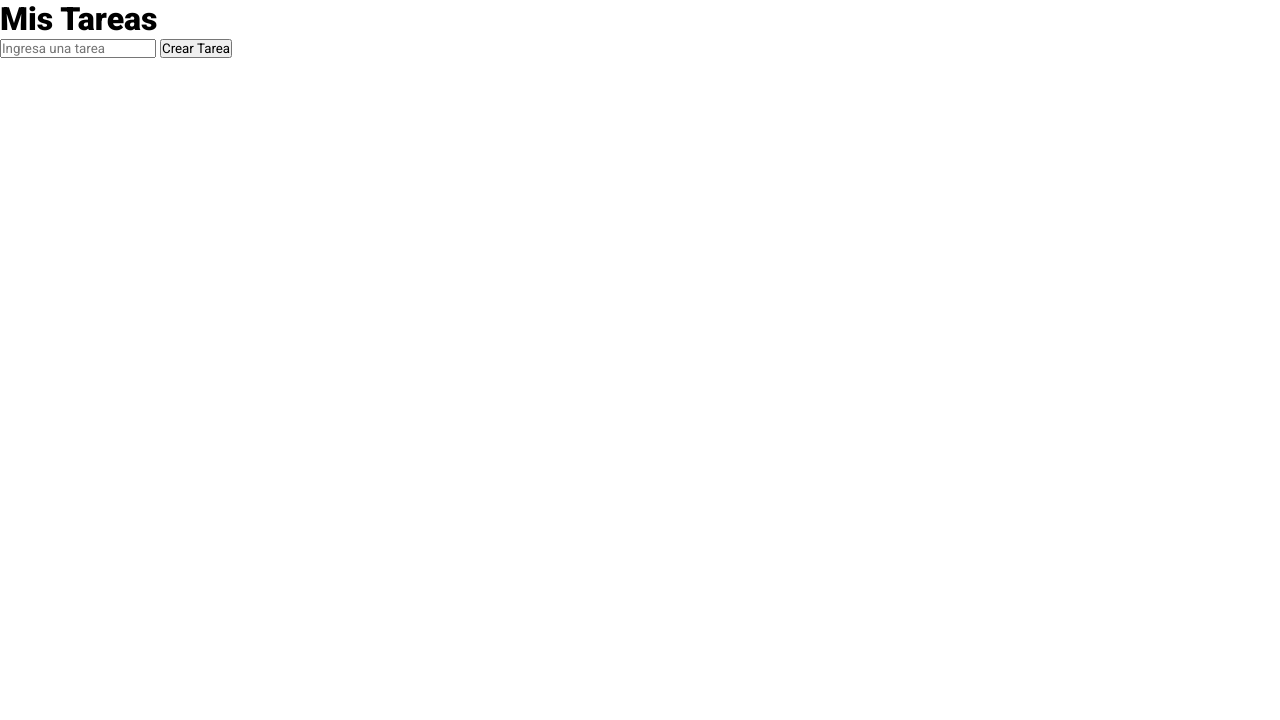
Repository: JoyMoGas/javascript-learn
Page: lista-tareas-pendientes/index.html
An editor plug-in stored every save of this project. The page is shown before and after the next save, followed by the edit.
The browser window is 1280 px wide. The pictures show the whole page.

Above is the page before, as saved 2024-05-14 12:02:16.

### lista-tareas-pendientes/index.html
<!DOCTYPE html>
<html lang="es">
  <head>
    <meta charset="UTF-8" />
    <meta name="viewport" content="width=device-width, initial-scale=1.0" />
    <link rel="stylesheet" href="styles.css">
    <title>Lista De Tareas</title>
  </head>
  <body>
    <main class="contenedor">
      <h1>Mis Tareas</h1>
      <input id="ingresar-tarea" placeholder="Ingresa una tarea">
      <button type="submit">Crear Tarea</button>
      <div id="lista-de-tareas">
        <!-- Tareas -->

      </div>
    </main>

    <script src="app.js"></script>
  </body>
</html>

### lista-tareas-pendientes/styles.css
@import url('https://fonts.googleapis.com/css2?family=Roboto:wght@400;900&display=swap');

/* Estilos generales */

* {
  margin: 0;
  padding: 0;
  box-sizing: border-box;
  font-family: 'Roboto', sans-serif;
}

Loaded but not shown: lista-tareas-pendientes/app.js (no stored copy; drawn as an empty file)

After the next save:
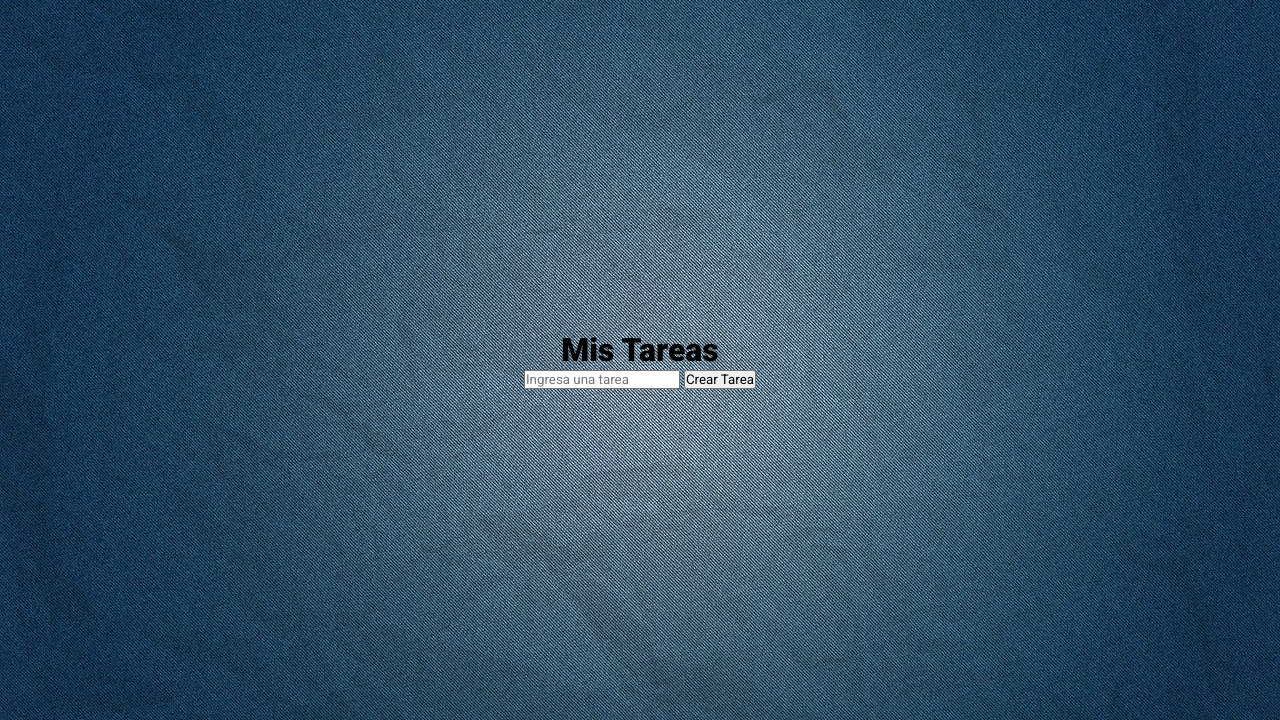
Saved 69 s later.
--- a/lista-tareas-pendientes/styles.css
+++ b/lista-tareas-pendientes/styles.css
@@ -8,3 +8,13 @@
   box-sizing: border-box;
   font-family: 'Roboto', sans-serif;
 }
+
+body {
+  min-height: 100vh;
+  display: flex;
+  justify-content: center;
+  align-items: center;
+  text-align: center;
+  padding: 40px 0;
+  background: url(images/fondo.jpg) no-repeat center center/ cover;
+}
